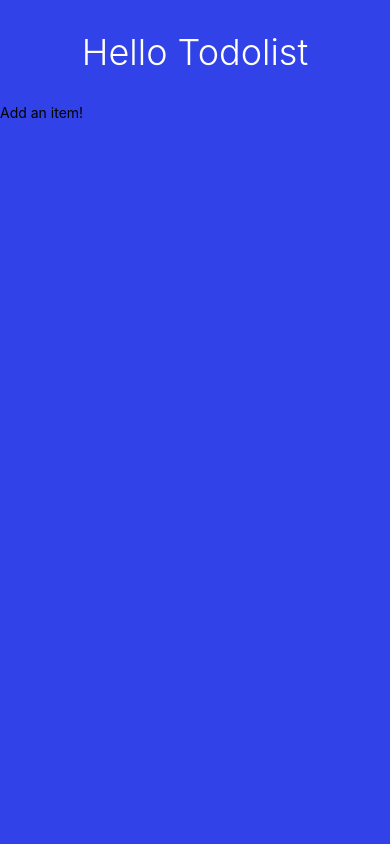
Repository: GoodHoneyCake/toy_project3
Page: /
An editor plug-in stored every save of this project. The page is shown before and after the next save, followed by the edit.
The browser window is 390 px wide. The pictures show the whole page.
The app was drawn by React Native's web renderer in a window 390 px wide. The project was rebuilt for these pictures with package versions that can differ from the ones it lists, and the page was loaded fresh each time.

Above is the page before, as saved 2021-02-08 16:25:52.

After the next save:
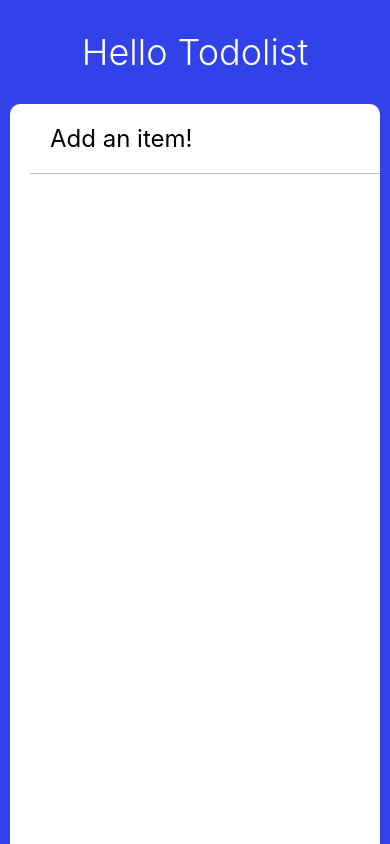
Saved 18 s later.
--- a/components/main.jsx
+++ b/components/main.jsx
@@ -26,6 +26,21 @@ const styles = StyleSheet.create({
     textAlign: "center",
     backgroundColor: "#3143e8",
   },
+  card: {
+    backgroundColor: "#fff",
+    flex: 1,
+    borderTopLeftRadius: 10, // to provide rounded corners
+    borderTopRightRadius: 10, // to provide rounded corners
+    marginLeft: 10,
+    marginRight: 10,
+  },
+  input: {
+    padding: 20,
+    borderBottomColor: "#bbb",
+    borderBottomWidth: 1,
+    fontSize: 24,
+    marginLeft: 20,
+  },
 });
 
 export default Main;
